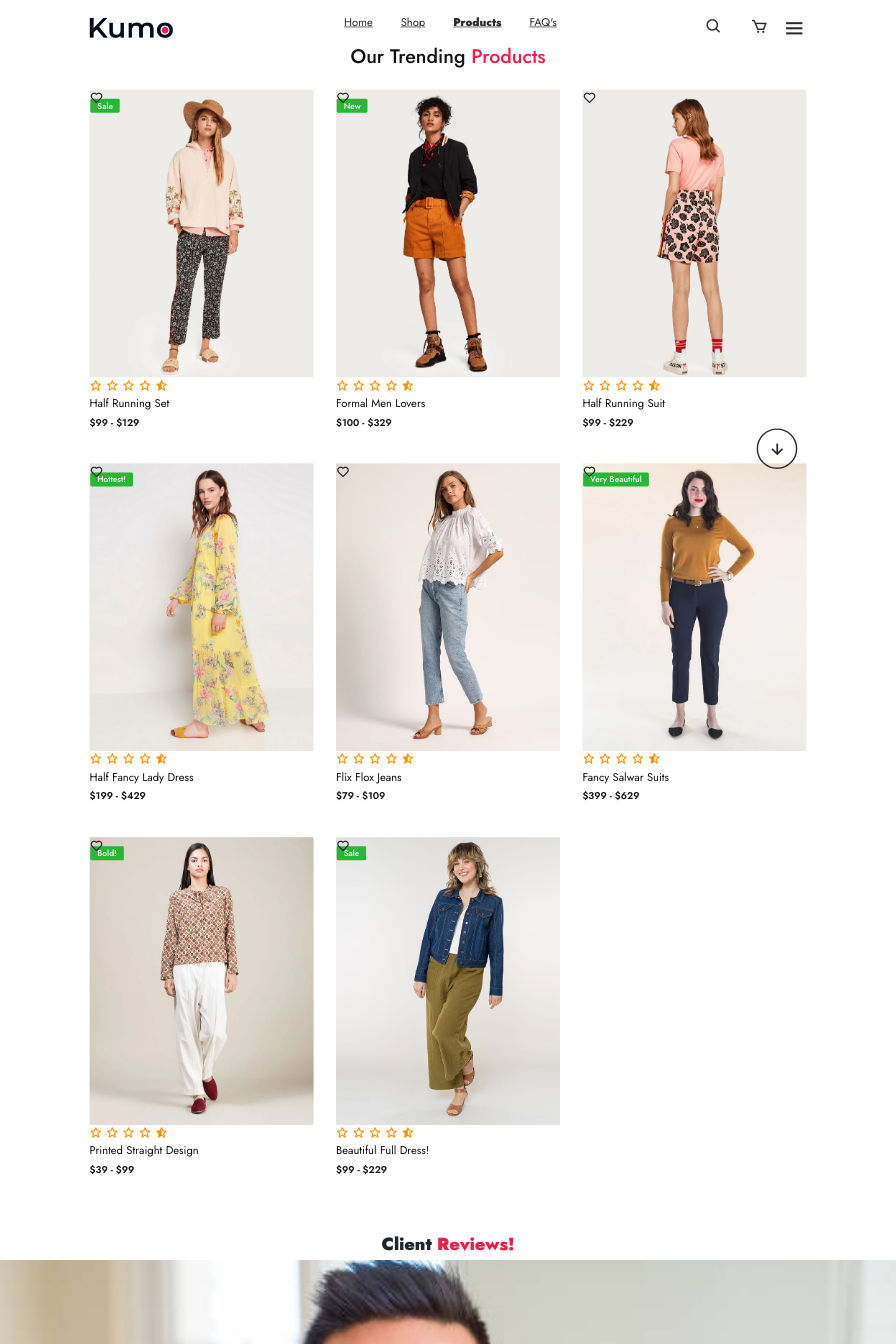
Repository: isaacCodes1/Kumo-Website.
Page: products.html
An editor plug-in stored every save of this project. The page is shown before and after a run of saves, followed by the edit.
The browser window is 1280 px wide. The pictures show the part of the page from y = 0 to 1920 px (the page is 4021 px tall), at 70% of full size.

Above is the page before, as saved 2024-03-26 11:12:04.

After the next 3 saves:
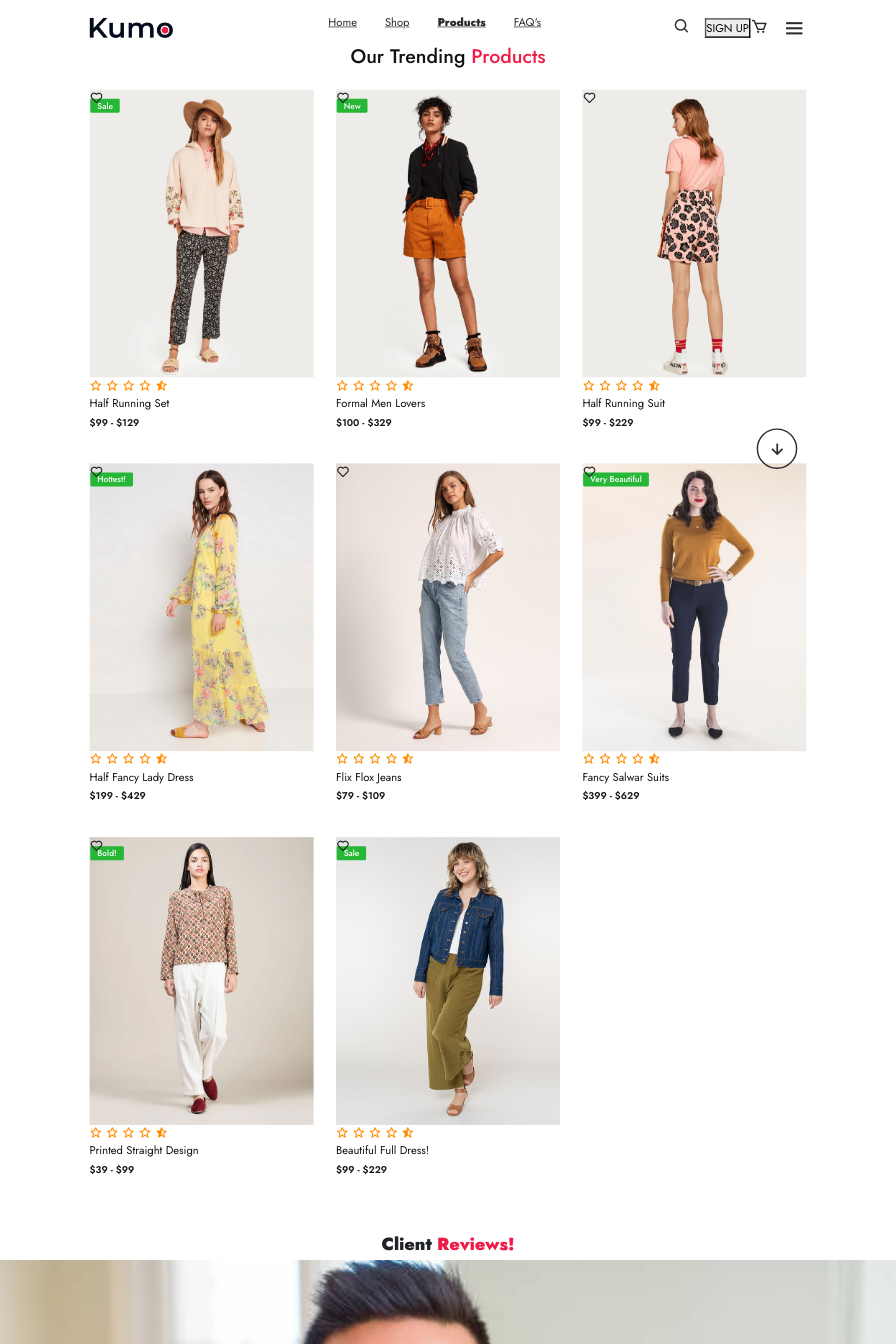
The 3 saves are shown as one change because they came seconds apart.
The last was saved 20 s later.
--- a/products.html
+++ b/products.html
@@ -46,7 +46,7 @@
       </ul>
       <div class="nav-icon">
         <a href="#"><i class="bx bx-search"></i></a>
-        <a href="form.html"><i class="bx bx-button"></i></a>
+        <button>SIGN UP</button>
         <a href="shop.html"><i class="bx bx-cart"></i></a>
         <div class="bx bx-menu" id="menu-icon"></div>
       </div>
